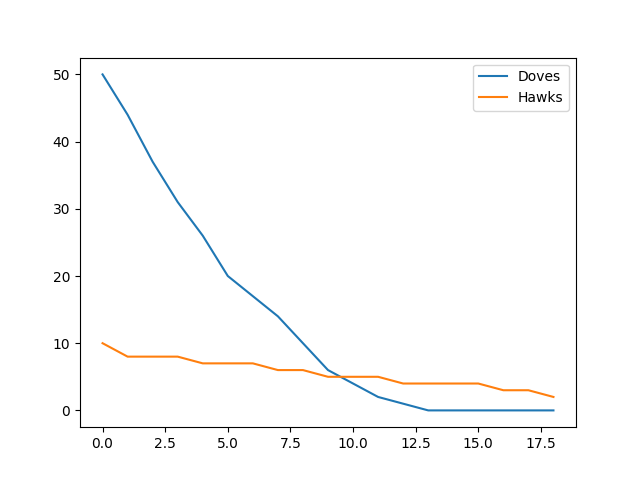
Repository: PatLaCisay/python-hawkdove-master
Script's output: python hawkdove.py
These files come from the project's save history. The script's output is drawn as it stood at one moment and after the next save; the edit follows.
Random numbers start from a fixed seed.

Above is the script's output before, as saved 2023-03-07 12:57:32.

### hawkdove.py
#!/usr/bin/python
from random import choice, randint
from time import perf_counter
from pylab import plot, show, legend

STARTING_DOVES = 50
STARTING_HAWKS = 10
STARTING_POPULATION = STARTING_HAWKS + STARTING_DOVES

ROUNDS = 50
STARTING_ENERGY = 100

MIN_FOOD_PER_ROUND = 40
MAX_FOOD_PER_ROUND = 70

ENERGY_REQUIRED_FOR_REPRODUCTION = 120
ENERGY_LOSS_FROM_FIGHTING = 2000
ENERGY = 30

ENERGY_REQUIRED_FOR_LIVING = 50

STATUS_ACTIVE = "active"
STATUS_ASLEEP = "asleep"

TYPE_HAWK = "hawk"
TYPE_DOVE = "dove"

agents = []

# Graph stuff
graph_hawk_points = []
graph_dove_points = []

# Profiling


class Agent:
	id = 0
	agent_type = None
	status = STATUS_ACTIVE
	energy = STARTING_ENERGY


def main():
	init()
	current_round = 1
	death_count = 0
	dead_hawks  = 0
	dead_doves  = 0
	breed_count = 0
	main_tic = perf_counter()

	while current_round <= ROUNDS and len(agents) > 2:
		tic = perf_counter()
		awakenAgents()

		food = getFood()
		if (current_round==1) :
			round_dead_hawks=0
			round_dead_doves=0
			round_hawk_babies=0
			round_dove_babies=0
		else:
			# This could be optimized further by creating a list every time
			# that only has active agents, so it isn't iterating over entire list every time
			while True:
				agent, nemesis = getRandomAgents()
				if agent is None or nemesis is None:
					break
				compete(agent, nemesis, food)


			round_dead_hawks, round_dead_doves = cull()
			death_count += (round_dead_hawks + round_dead_doves)

		toc = perf_counter()

		print("ROUND %d" % current_round)
		print("Food produced          : %d" % food)
		print("Population             : Hawks-> %d, Doves-> %d" % (getAgentCountByType(TYPE_HAWK), getAgentCountByType(TYPE_DOVE)))
		print("Dead hawks             : %d" % round_dead_hawks)
		print("Dead doves             : %d" % round_dead_doves)
		print("Hawk babies            : %s" % round_hawk_babies)
		print("Dove babies            : %s" % round_dove_babies)
		print("Hawks                  : %s" % getPercByType(TYPE_HAWK))
		print("Doves                  : %s" % getPercByType(TYPE_DOVE))
		print("----")
		print("Round Processing time  : %s" % getTimeFormatted(toc - tic))
		print("Elapsed time           : %s\n" % getTimeFormatted(perf_counter() - main_tic))

		# Plot
		graph_hawk_points.append(getAgentCountByType(TYPE_HAWK))
		graph_dove_points.append(getAgentCountByType(TYPE_DOVE))

		current_round += 1


	main_toc = perf_counter()

	print("=============================================================")
	print("Total dead agents      : %d" % death_count)
	print("Total breeding agents  : %d" % breed_count)
	print("Total rounds completed : %d" % (current_round - 1))
	print("Total population size  : %s" % len(agents))
	print("Hawks                  : %s" % getPercByType(TYPE_HAWK))
	print("Doves                  : %s" % getPercByType(TYPE_DOVE))
	print("Processing time        : %s" % getTimeFormatted(main_toc - main_tic))
	print("=============================================================")


def init():

	for x in range(0,STARTING_DOVES):
		a = Agent()
		a.agent_type = TYPE_DOVE
		agents.append(a)

	for x2 in range(0,STARTING_HAWKS):
		a2 = Agent()
		a2.agent_type = TYPE_HAWK
		agents.append(a2)


def getAvgFromList(list):
	return float( sum(list) / len(list) )


def getTimeFormatted(seconds):
	m, s = divmod(seconds, 60)
	return "%02d:%02d" % (m, s)


def getFood():
	return randint(MIN_FOOD_PER_ROUND, MAX_FOOD_PER_ROUND)


def getPercByType(agent_type):
	perc = float(getAgentCountByType(agent_type)) / float(len(agents))
	return '{percent:.2%}'.format(percent=perc)


def getAliveAgentsCount():
	return getAgentCountByStatus(STATUS_ACTIVE) + getAgentCountByStatus(STATUS_ASLEEP)


def getRandomAgents():
	nemesis = None
	active_agents = list(generateAgentsByStatus(STATUS_ACTIVE))
	if len(active_agents) < 2:
		return None, None
	max_index = len(active_agents) - 1
	agent = active_agents[ randint(0, max_index) ]
	while nemesis is None:
		n = active_agents[ randint(0, max_index) ]
		if n is not agent:
			nemesis = n

	return agent, nemesis


def awakenAgents():
	for agent in agents:
		agent.status = STATUS_ACTIVE


def generateAgentsByType(agent_type):
	for agent in agents:
		if agent.agent_type == agent_type:
			yield agent


def generateAgentsByStatus(status):
	for agent in agents:
		if agent.status == status:
			yield agent


def getEnergyFromFood(food):
	return food # 1 to 1


def getAgentCountByStatus(status):
	count = len( list(generateAgentsByStatus(status)) )
	return count


def getAgentCountByType(agent_type):
	return len( list(generateAgentsByType(agent_type)) )


def compete(agent, nemesis, food):
	winner = choice([agent, nemesis])
	loser = agent if (winner is nemesis) else nemesis

	if agent.agent_type == TYPE_HAWK and nemesis.agent_type == TYPE_HAWK:
		if randint(0,1)==1:
			winner.energy += getEnergyFromFood(food) - ENERGY
			loser.energy  -= ENERGY_LOSS_FROM_FIGHTING
		else :
			breed(winner)

	if agent.agent_type == TYPE_HAWK and nemesis.agent_type == TYPE_DOVE:
		agent.energy += getEnergyFromFood(food) - ENERGY
		nemesis.energy -= ENERGY_LOSS_FROM_FIGHTING

	if agent.agent_type == TYPE_DOVE and nemesis.agent_type == TYPE_HAWK:
		nemesis.energy += getEnergyFromFood(food) - ENERGY
		agent.energy -= ENERGY_LOSS_FROM_FIGHTING

	if agent.agent_type == TYPE_DOVE and nemesis.agent_type == TYPE_DOVE:
		agent.energy += getEnergyFromFood(food)/2
		nemesis.energy += getEnergyFromFood(food)/2
		breed(winner)

	nemesis.status = agent.status = STATUS_ASLEEP


def getNewAgent(agent_type, starting_energy=STARTING_ENERGY, status=STATUS_ASLEEP):
	agent = Agent()
	agent.agent_type = agent_type
	agent.status = status
	agent.energy = starting_energy
	return agent


def breed(agent):

		if agent.energy > ENERGY_REQUIRED_FOR_REPRODUCTION:





			agent.energy /= 2

			if agent.agent_type == TYPE_DOVE: baby_agent = getNewAgent(agent.agent_type, (agent.energy/2))
			if (agent.agent_type == TYPE_HAWK): baby_agent = getNewAgent(agent.agent_type, (agent.energy/2))

"""
def count_breeds():

	hawk_babies = 0
	dove_babies = 0
	for agent in agents:
		if agent.energy > ENERGY_REQUIRED_FOR_REPRODUCTION:
			baby_agent_a = getNewAgent(agent.agent_type, (agent.energy/2))
			baby_agent_b = getNewAgent(agent.agent_type, (agent.energy/2))

			agents.append(baby_agent_b)
			agents.append(baby_agent_a)

			agent.energy /= 2

			if agent.agent_type == TYPE_DOVE: dove_babies += 4
			if (agent.agent_type == TYPE_HAWK):

				if randint(0,100)==1 :
					hawk_babies += 1


	return hawk_babies, dove_babies
"""
def cull():

	dead_hawks = 0
	dead_doves = 0
	for index, agent in enumerate(agents):
		if agent.energy < ENERGY_REQUIRED_FOR_LIVING:
			if agent.agent_type == TYPE_DOVE: dead_doves += 1
			if agent.agent_type == TYPE_HAWK: dead_hawks += 1
			del agents[index]


	return dead_hawks, dead_doves


main()
plot(graph_dove_points, label="Doves")
plot(graph_hawk_points, label="Hawks")
legend()

show()

After the next save:
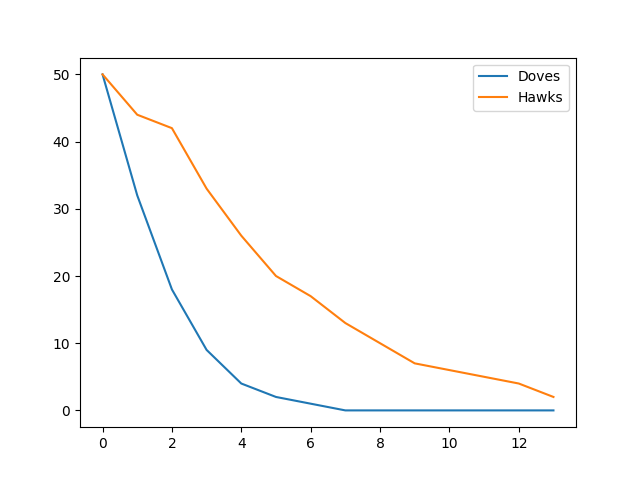
Saved 102 min 58 s later.
--- a/hawkdove.py
+++ b/hawkdove.py
@@ -4,7 +4,7 @@ from time import perf_counter
 from pylab import plot, show, legend
 
 STARTING_DOVES = 50
-STARTING_HAWKS = 10
+STARTING_HAWKS = 50
 STARTING_POPULATION = STARTING_HAWKS + STARTING_DOVES
 
 ROUNDS = 50
